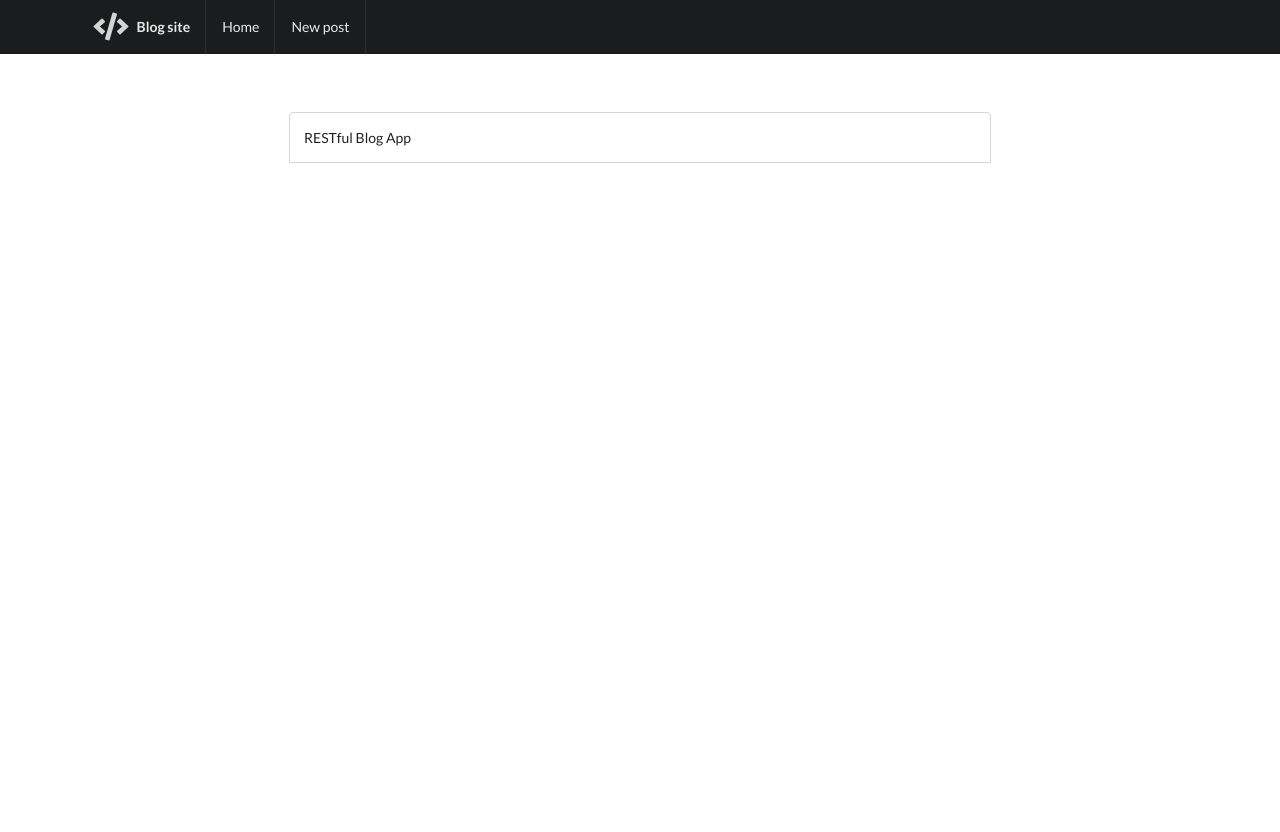
Repository: DevIvanVarela/the-web-developer-bootcamp
Page: http://localhost/blogs
The author's editor kept a record of every edit. The page is drawn from the files as they stood at one moment, then again after the next edit.
The browser window is 1280 px wide. The pictures show the whole page.
The page is served by the project's Node server (RESTfulRouting/RESTfulBlogApp/app.js). Queries for data that is not in the repository find no rows.

Above is the page before.

### workspace/RESTfulRouting/RESTfulBlogApp/views/index.ejs
<% include ./partials/header %>
<div class="ui main text container">
    <div class="ui top attached segment">RESTful Blog App</div>
    <div class="ui divided items">
        <% blogs.forEach(function(blog){ %>
            <div class="item">
                <div class="image">
                <img src="<%= blog.image %>" />
                </div>
                <h2> <%= blog.title %> </h2>

                <span> <%= blog.create %> </span>
                <p> <%= blog.body.substring(0, 100) %> </p>
                <a href="/blogs/<%= blog._id %>">Read more</a>
            </div>
        <% }) %>
    </div>
</div>
<% include ./partials/footer %>

### workspace/RESTfulRouting/RESTfulBlogApp/views/partials/header.ejs
<html>
    <head>
        <title>Blog app</title>
        <link rel="stylesheet" type="text/css" href="https://cdnjs.cloudflare.com/ajax/libs/semantic-ui/2.4.1/semantic.min.css">
        <link rel="stylesheet" type="text/css" href="/stylesheets/app.css">
    </head>
    <body>
        <div class="ui fixed inverted menu">
            <div class="ui container">
                <div class="header item"><i class="code icon"></i>Blog site</div>
                <a href="/" class="item">Home</a>
                <a href="/blogs/new" class="item">New post</a>
            </div>
        </div>

### workspace/RESTfulRouting/RESTfulBlogApp/app.js
var express = require("express"),
    methodOverride = require("method-override"),
    app = express(),
    bodyParser = require("body-parser"),
    mongoose = require("mongoose");

mongoose.connect("mongodb://localhost/restful_blog_app", { useNewUrlParser: true });

app.use(bodyParser.urlencoded({extended: true}));
app.set("view engine", "ejs");
app.use(methodOverride("_method"));

var blogSchema = new mongoose.Schema({
   title: String,
   image: String,
   body: String,
   create: { type: Date, default: Date.now }
});
var Blog = mongoose.model("Blog", blogSchema);

app.get("/", function(req, res) {
    res.redirect("/blogs");
});

app.get("/blogs", function(req, res) {
    Blog.find({}, function(err, blogs){
        if(err) {
            console.log("ERROR!");
        } else {
            res.render("index", { blogs: blogs });
        }
    });
});

app.get("/blogs/new", function(req, res) {
    res.render("new");
});

app.post("/blogs", function(req, res) {
    Blog.create(req.body.blog, function(err, newBlog){
        if(err) {
            res.render("new");
        } else {
           res.redirect("/blogs");
        }
    });
});

app.get("/blogs/:id", function(req, res) {
    Blog.findById(req.params.id, function(err, blog) {
        if(err){
            res.redirect("/blogs");
            console.log(err);
        } else {
            res.render("show", {blog: blog});
        }
    });
});

app.get("/blogs/:id/edit", function(req, res){
    Blog.findById(req.params.id, function(err, blog){
        if(err){
            res.redirect("/blogs");
        } else {
            res.render("edit", {blog: blog});
        }
    })

});

app.put("/blogs/:id", function(req, res){
    Blog.findByIdAndUpdate(req.params.id, req.body.blog, function(err, blog){
       if(err) {
           res.redirect("/blogs");
       } else {
           res.redirect("/blogs/" + req.params.id);
       }
    });
});

app.delete("/blogs/:id", function(req, res){
    Blog.findByIdAndRemove(req.params.id, function(err){
       if(err) {
           console.log(err);
       }

       res.redirect("/blogs");
    });
});

app.listen(process.env.PORT, process.env.IP, function() {
   console.log("The RESTfulBlogApp is running.");
});

### workspace/RESTfulRouting/RESTfulBlogApp/public/stylesheets/app.css
i.icon {
    font-size: 2em;
}

.container.main {
    margin-top: 7.0em;
}

Loaded but not shown: workspace/RESTfulRouting/RESTfulBlogApp/views/partials/footer.ejs (common file)

After the next edit:
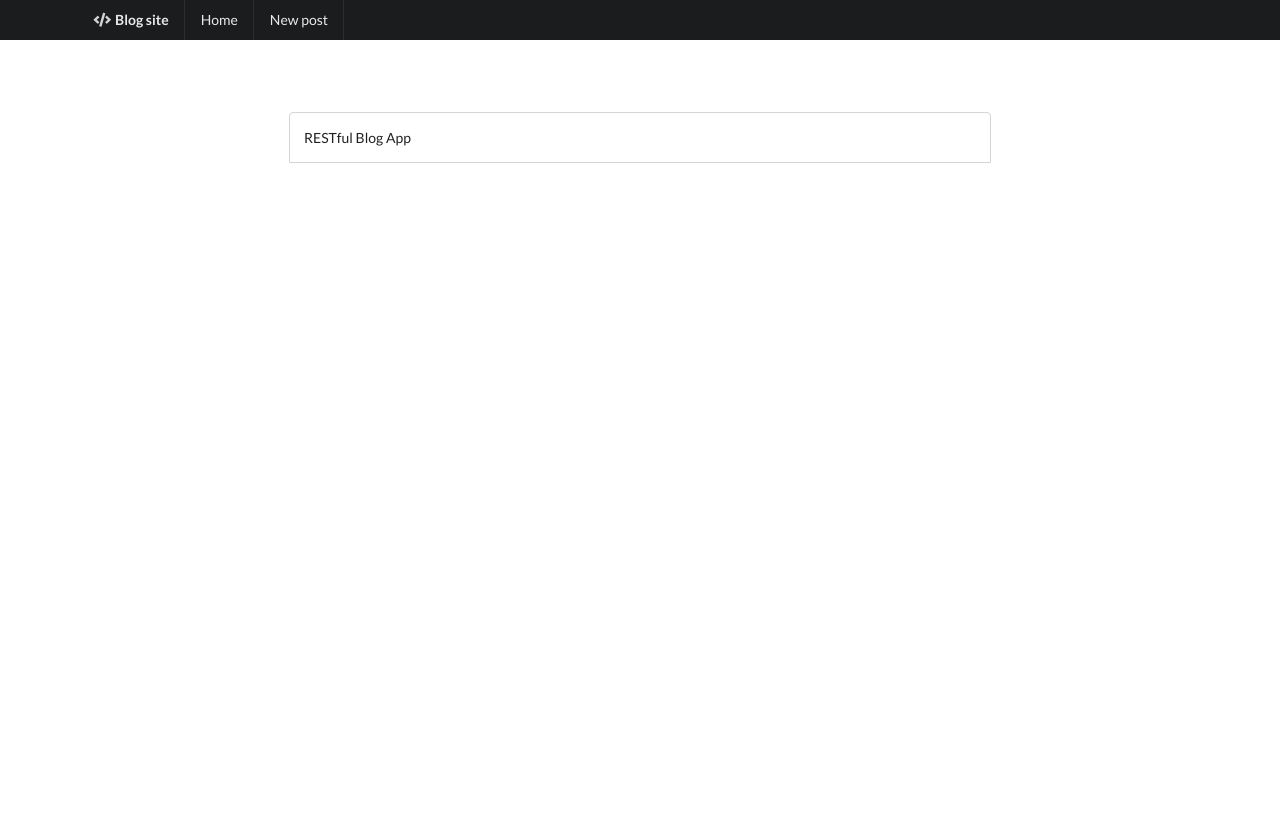
The edit:
--- a/workspace/RESTfulRouting/RESTfulBlogApp/public/stylesheets/app.css
+++ b/workspace/RESTfulRouting/RESTfulBlogApp/public/stylesheets/app.css
@@ -1,4 +1,4 @@
-i.icon {
+.icon {
     font-size: 2em;
 }
 
